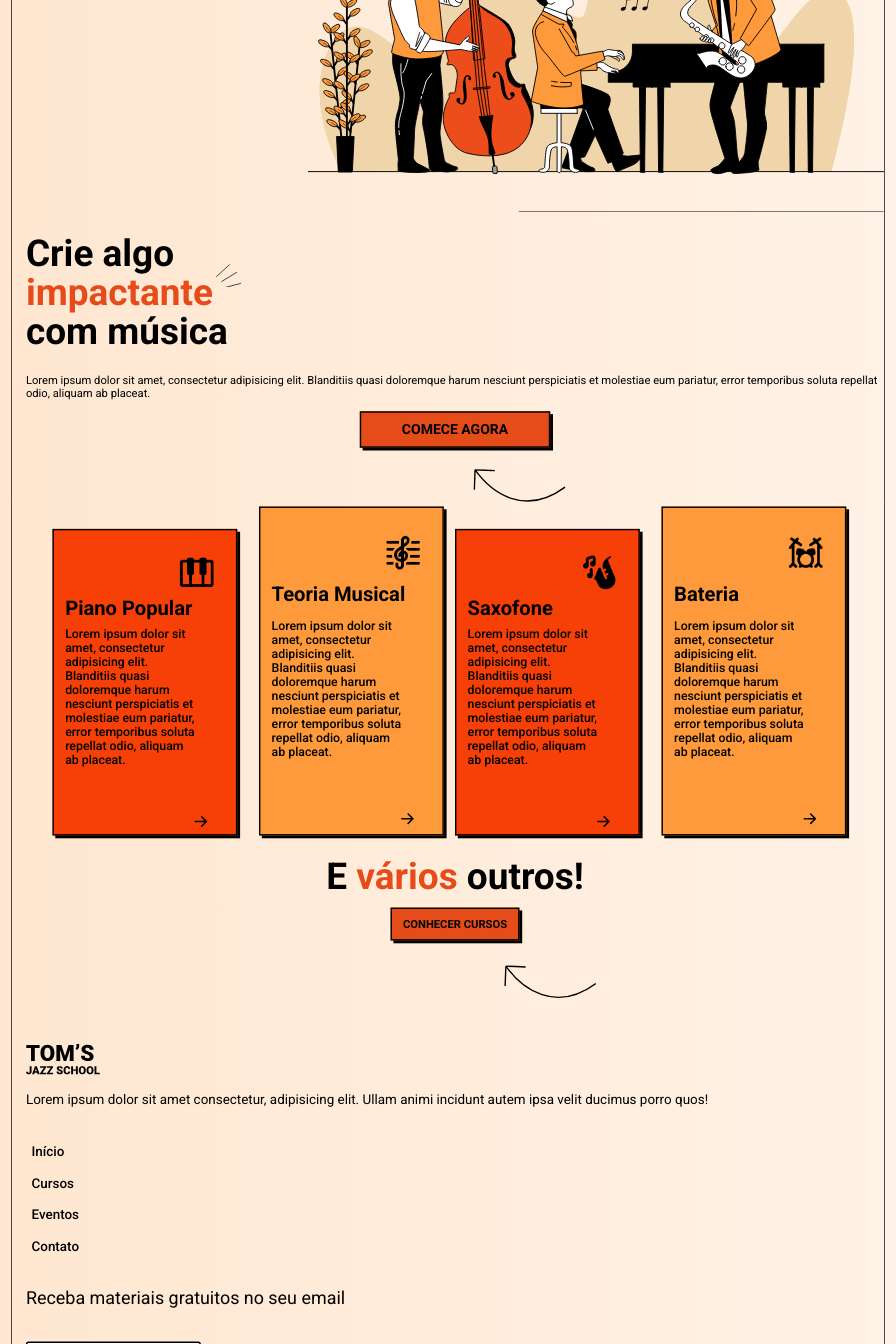
Repository: guilhermecardoso93/obebitecode
Page: index.html
These files come from the project's save history. The page is drawn as it stood at one moment and after the next save; the edit follows.
The browser window is 1280 px wide. The pictures show the part of the page from y = 521 to 2441 px (the page is 2579 px tall), at 70% of full size.

Above is the page before, as saved 2023-08-16 21:05:13.

After the next save:
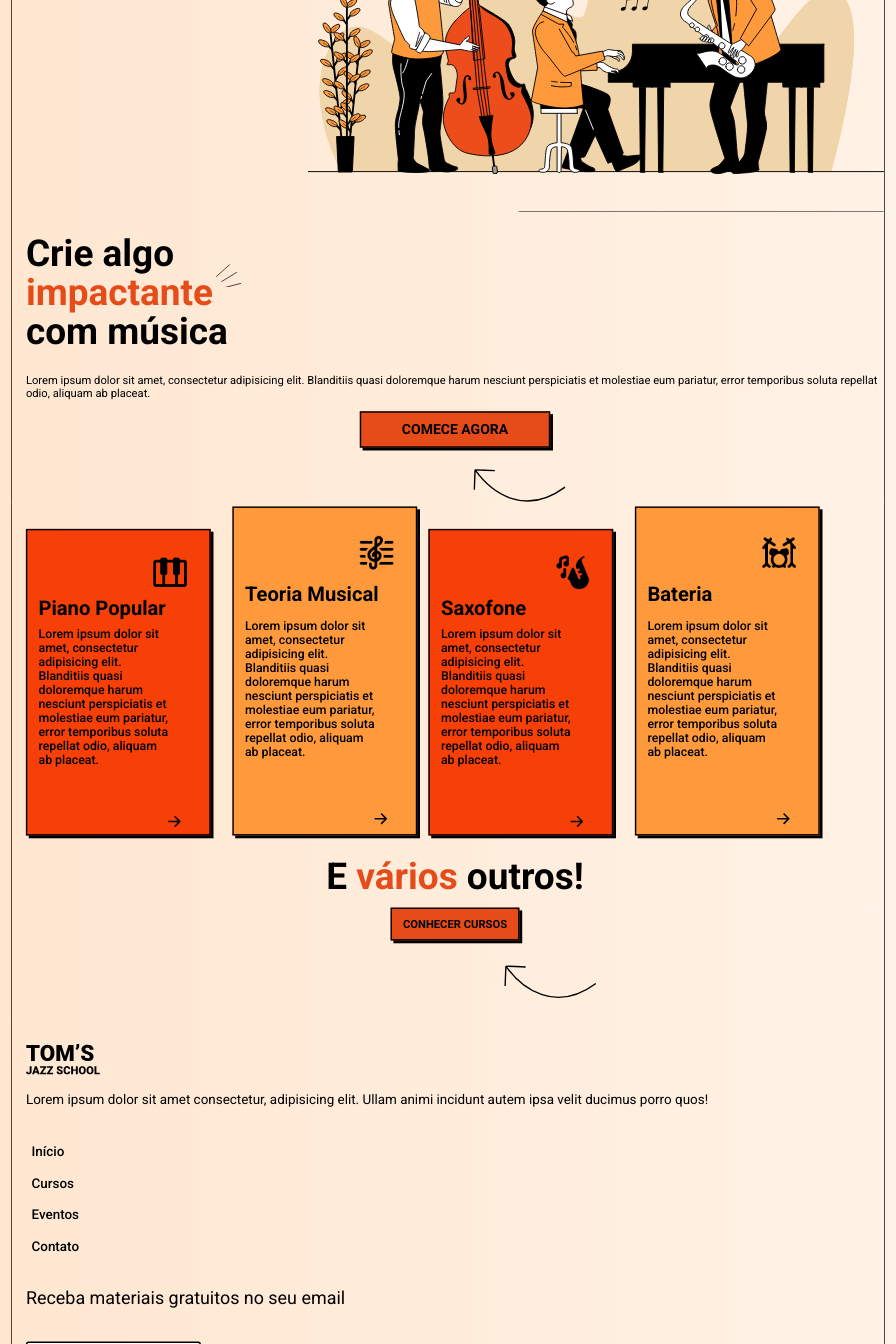
Saved 63 s later.
--- a/css/responsivo.css
+++ b/css/responsivo.css
@@ -6,9 +6,8 @@
 
   .cards {
     display: flex;
-    flex-direction: row;
+    flex: 1;
     flex-wrap: wrap;
-    justify-content: center;
   }
 
   .card:nth-child(2n) {
